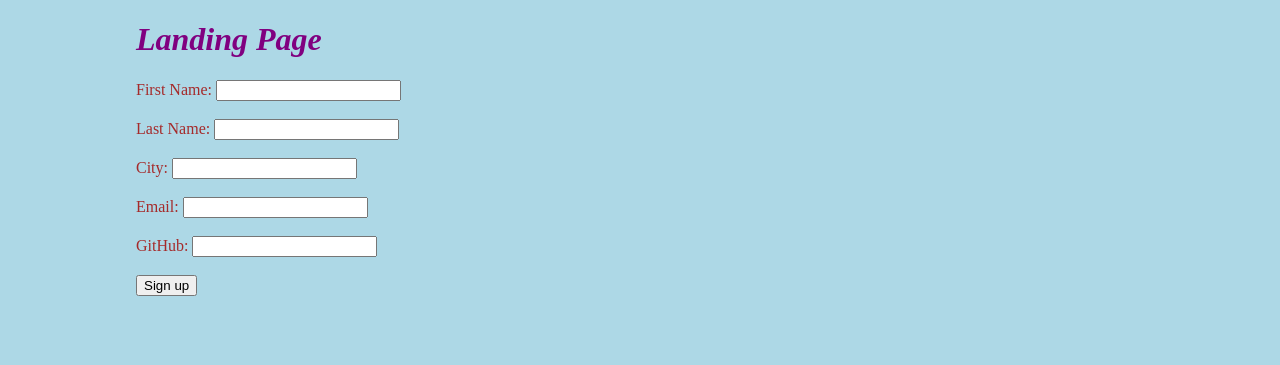
Repository: pmalayala/JavaWebProject
Page: http://localhost/SpringExample/
These files come from the project's save history. The page is drawn as it stood at one moment and after the next save; the edit follows.
The browser window is 1280 px wide. The pictures show the whole page.
The page is served by Tomcat 9. Other server files are loaded and not shown.

Above is the page before, as saved 2016-11-09 02:58:18.

### SpringExample/src/main/webapp/WEB-INF/views/LandingPage.jsp
<%@page contentType="text/html" pageEncoding="UTF-8"%>
<!DOCTYPE html>
<html>
    <head>
        <meta http-equiv="Content-Type" content="text/html; charset=UTF-8">
        <title>Landing Page</title>
        <script src="resources/js/validateInput.js"></script>
        <link rel="stylesheet" type="text/css" href="resources/css/myStyle.css">
    </head>
    <body>
        <h1>
            Landing Page
        </h1>
        <form method="post" name="userForm" action="displayAdditionalPage"
              onsubmit="return validateInput()">
            First Name:
            <input type="text" name="firstName">
            <br><br>
            Last Name:
            <input type="text" name="lastName">
            <br><br>
            City:
            <input type="text" name="city">
            <br><br>
            Email:
            <input type="text" name="email">
            <br><br>
            GitHub:
            <input type="text" name="github">
            <br><br>
            <input type="submit" value="Sign up">
        </form>
    </body>
</html>

### SpringExample/src/main/webapp/resources/js/validateInput.js
function validateInput() {
    // uncomment to disable input validation
    return true;

    for(i=0; i<4; i++) {
        var value = document.forms[0][i].value;
        if(value == null || value == "") {
            var alertMessage = document.forms[0][i].name
                    + " cannot be empty!";
            alert(alertMessage);
            return false;
        }
    }

    var value = document.forms[0][3].value;
    if(!value.includes("@")) {
            var alertMessage = "Email must include @";
            alert(alertMessage);
            return false;
        }
}

### SpringExample/src/main/webapp/resources/css/myStyle.css
html {
    margin-left: 10%;
}

h1 {
    font-style: italic;
    color: purple;
}

body {
    background-color: lightblue;
    color: brown;
}

After the next save:
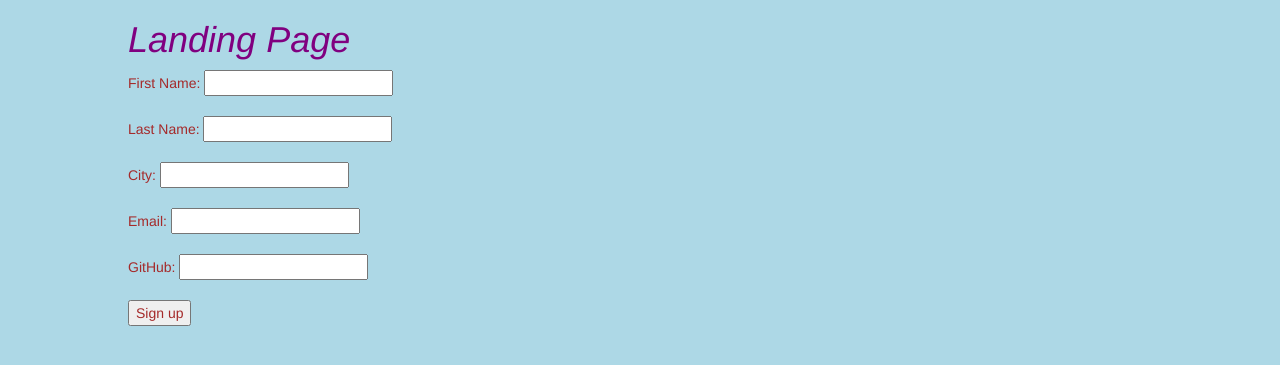
Saved 22 s later.
--- a/SpringExample/src/main/webapp/WEB-INF/views/LandingPage.jsp
+++ b/SpringExample/src/main/webapp/WEB-INF/views/LandingPage.jsp
@@ -5,6 +5,7 @@
         <meta http-equiv="Content-Type" content="text/html; charset=UTF-8">
         <title>Landing Page</title>
         <script src="resources/js/validateInput.js"></script>
+        <link rel="stylesheet" href="https://maxcdn.bootstrapcdn.com/bootstrap/3.3.7/css/bootstrap.min.css">
         <link rel="stylesheet" type="text/css" href="resources/css/myStyle.css">
     </head>
     <body>
